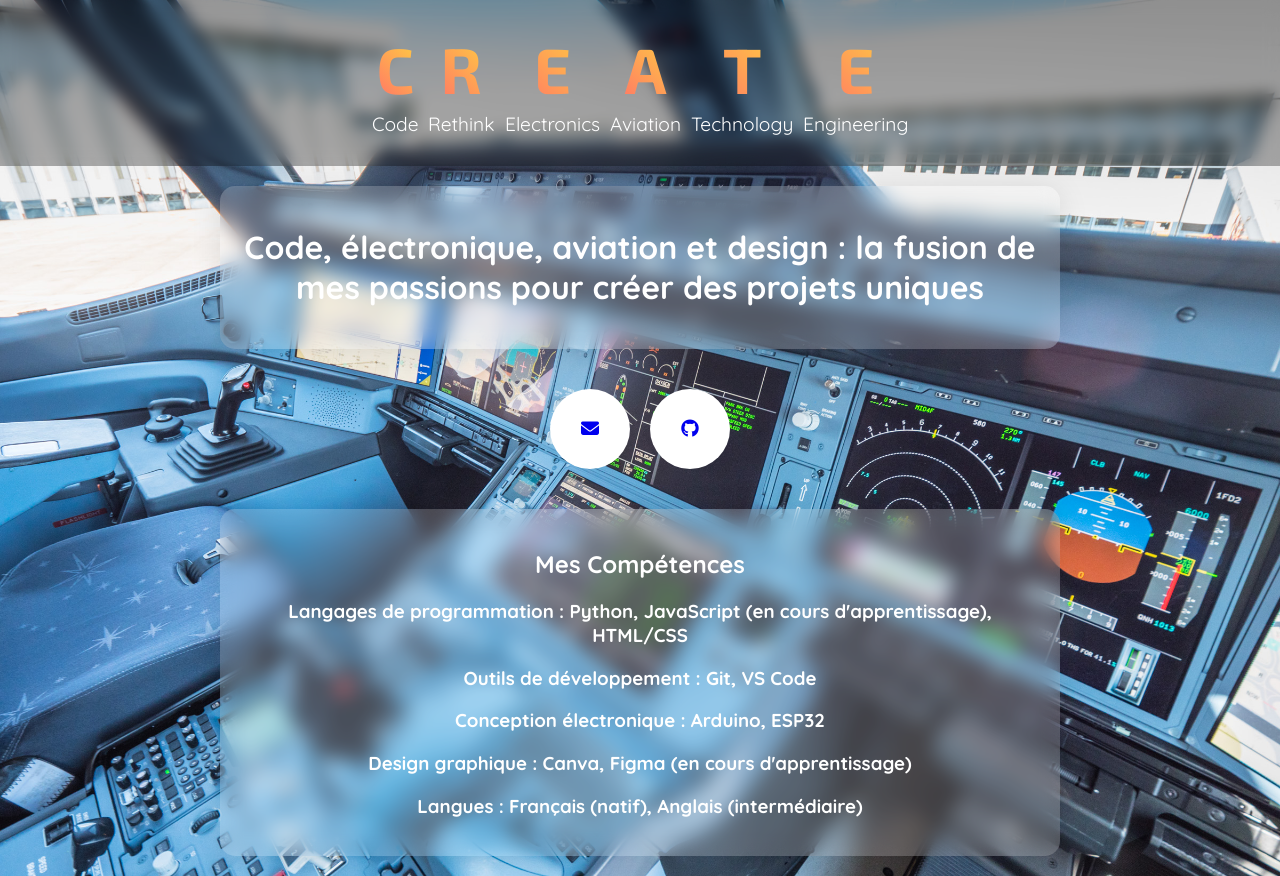
Repository: nlagardere/myportfolio
Page: index.html
These files come from the project's save history. The page is drawn as it stood at one moment and after a run of saves; the edit follows.
The browser window is 1280 px wide. The pictures show the whole page.

Above is the page before, as saved 2025-09-06 10:10:45.

### index.html
<!DOCTYPE html>
<html lang="fr">
<head>
  <meta charset="UTF-8">
  <meta name="viewport" content="width=device-width, initial-scale=1.0">
  <title>Portfolio</title>

  <!-- Google Fonts -->
  <link href="https://fonts.googleapis.com/css2?family=Exo+2:wght@400;700&family=Quicksand:wght@400;700&display=swap" rel="stylesheet">
  <!-- Font Awesome -->
  <link rel="stylesheet" href="https://cdnjs.cloudflare.com/ajax/libs/font-awesome/6.5.0/css/all.min.css">

  <style>
    /* ========== BODY & LAYOUT ========== */
    body {
      font-family: 'Quicksand', sans-serif;
      margin: 0;
      padding: 0;
      min-height: 100vh;
      display: flex;
      flex-direction: column;       /* empile header, contenu, footer verticalement */
      justify-content: space-between; /* espace entre header/contenu et footer */
      background: url('a350.jpg') no-repeat center center;
      background-size: cover;
      color: #333;
    }

    header {
      text-align: center;
      padding: 30px 20px;
      background: rgba(0,0,0,0.3);
      backdrop-filter: blur(8px);
      color: white;
    }

    .glasscard {
      background: rgba(255, 255, 255, 0.2);
      border-radius: 15px;
      padding: 20px;
      margin: 20px auto;
      max-width: 800px;
      backdrop-filter: blur(10px);
      box-shadow: 0 4px 30px rgba(0, 0, 0, 0.1);
      color: white;
      text-align: center;
      animation: zoomPop 1s ease forwards;
    }

    /* ========== ACRONYM ========== */
    .acronym-container {
      display: flex;
      justify-content: center;
      gap: 10px;
      flex-wrap: wrap;
      perspective: 1000px;
    }

    .letter-block {
      flex: none;
      text-align: center;
      opacity: 0;
      transform: scale(0.1) translateZ(-800px);
      animation: zoomPop 0.8s cubic-bezier(0.25, 1.5, 0.5, 1) forwards;
    }

    .letter-block:nth-child(1) { animation-delay: 0s; }
    .letter-block:nth-child(2) { animation-delay: 0.1s; }
    .letter-block:nth-child(3) { animation-delay: 0.2s; }
    .letter-block:nth-child(4) { animation-delay: 0.3s; }
    .letter-block:nth-child(5) { animation-delay: 0.4s; }
    .letter-block:nth-child(6) { animation-delay: 0.5s; }

    .letter-block .letter {
      font-size: 4em;
      font-weight: bold;
      font-family: 'Exo 2', sans-serif;
      background: linear-gradient(45deg, #FF6B6B, #FFD93D);
      -webkit-background-clip: text;
      -webkit-text-fill-color: transparent;
      transition: filter 0.2s;
    }

    .letter-block .letter:hover {
      filter: brightness(1.2);
    }

    .letter-block .desc {
      font-size: 1.2em;
      margin-top: 5px;
    }

    @keyframes zoomPop {
      0% { opacity: 0; transform: scale(0.1) translateZ(-800px); }
      60% { opacity: 1; transform: scale(1.2) translateZ(50px); }
      80% { transform: scale(0.95) translateZ(0); }
      100% { opacity: 1; transform: scale(1) translateZ(0); }
    }

    /* ========== SOCIAL ICONS ========== */
    .wrapper {
      display: inline-flex;
      justify-content: center;
      list-style: none;
      padding: 20px 0;
      margin: 0 auto;
    }

    .wrapper .icon {
      position: relative;
      background: #ffffff;
      border-radius: 50%;
      padding: 15px;
      margin: 0 10px;
      width: 50px;
      height: 50px;
      font-size: 18px;
      display: flex;
      justify-content: center;
      align-items: center;
      cursor: pointer;
      transition: all 0.2s cubic-bezier(0.68, -0.55, 0.265, 1.55);
    }

    /* Tooltip */
    .wrapper .tooltip {
      position: absolute;
      bottom: 100%;           /* au-dessus de l’icône */
      left: 50%;
      transform: translateX(-50%) translateY(-10px);
      font-size: 14px;
      background: #333;
      color: #fff;
      padding: 5px 8px;
      border-radius: 5px;
      box-shadow: 0 4px 10px rgba(0,0,0,0.2);
      opacity: 0;
      pointer-events: none;
      white-space: nowrap;
      transition: all 0.3s cubic-bezier(0.68, -0.55, 0.265, 1.55);
      z-index: 10;
    }

    .wrapper .tooltip::before {
      content: "";
      position: absolute;
      top: 100%;              /* triangle sous le tooltip */
      left: 50%;
      transform: translateX(-50%) rotate(45deg);
      width: 8px;
      height: 8px;
      background: #333;
    }

    .wrapper .icon:hover .tooltip {
      opacity: 1;
      pointer-events: auto;
      transform: translateX(-50%) translateY(-15px);
    }

    /* Hover colors */
    .wrapper .mail:hover,
    .wrapper .mail:hover .tooltip,
    .wrapper .mail:hover .tooltip::before {
      background: #00CED1;
      color: #ffffff;
    }

    .wrapper .github:hover,
    .wrapper .github:hover .tooltip,
    .wrapper .github:hover .tooltip::before {
      background: #333333;
      color: #ffffff;
    }

    .compétences{
      text-align: center;
      background: rgba(255, 255, 255, 0.2);
      border-radius: 15px;
      padding: 20px;
      margin: 20px auto;
      max-width: 800px;
      backdrop-filter: blur(10px);
      box-shadow: 0 4px 30px rgba(0, 0, 0, 0.1);
      color: white;
      text-align: center;
      animation: zoomPop 1s ease forwards;
    }

    .

    /* Responsive letters */
    @media (max-width: 600px) {
      .letter-block .letter {
        font-size: 2.5em;
      }
    }
  </style>
</head>

<body>
  <header>
    <div class="acronym-container">
      <div class="letter-block">
        <div class="letter">C</div>
        <div class="desc">Code</div>
      </div>
      <div class="letter-block">
        <div class="letter">R</div>
        <div class="desc">Rethink</div>
      </div>
      <div class="letter-block">
        <div class="letter">E</div>
        <div class="desc">Electronics</div>
      </div>
      <div class="letter-block">
        <div class="letter">A</div>
        <div class="desc">Aviation</div>
      </div>
      <div class="letter-block">
        <div class="letter">T</div>
        <div class="desc">Technology</div>
      </div>
      <div class="letter-block">
        <div class="letter">E</div>
        <div class="desc">Engineering</div>
      </div>
    </div>
  </header>

  <div class="glasscard">
    <h1>Code, électronique, aviation et design : la fusion de mes passions pour créer des projets uniques</h1>
  </div>

  <ul class="wrapper">
    <li class="icon mail">
      <a href="mailto:nathan.lagardere@gmail.com" target="_blank">
        <span class="tooltip">Mail</span>
        <i class="fas fa-envelope"></i>
      </a>
    </li>

    <li class="icon github">
      <a href="https://github.com/nlagardere" target="_blank">
        <span class="tooltip">Github</span>
        <i class="fab fa-github"></i>
      </a>
    </li>
  </ul>

  <div class="compétences">
    <h2>Mes Compétences</h2>

      <h3><span class="highlight">Langages de programmation :</span> Python, JavaScript (en cours d'apprentissage), HTML/CSS</h3>
      <h3>Outils de développement : Git, VS Code</h3>
      <h3>Conception électronique : Arduino, ESP32</h3>
      <h3>Design graphique : Canva, Figma (en cours d'apprentissage)</h3>
      <h3>Langues : Français (natif), Anglais (intermédiaire)</h3>

  </div>

</body>
</html>

After the next 2 saves:
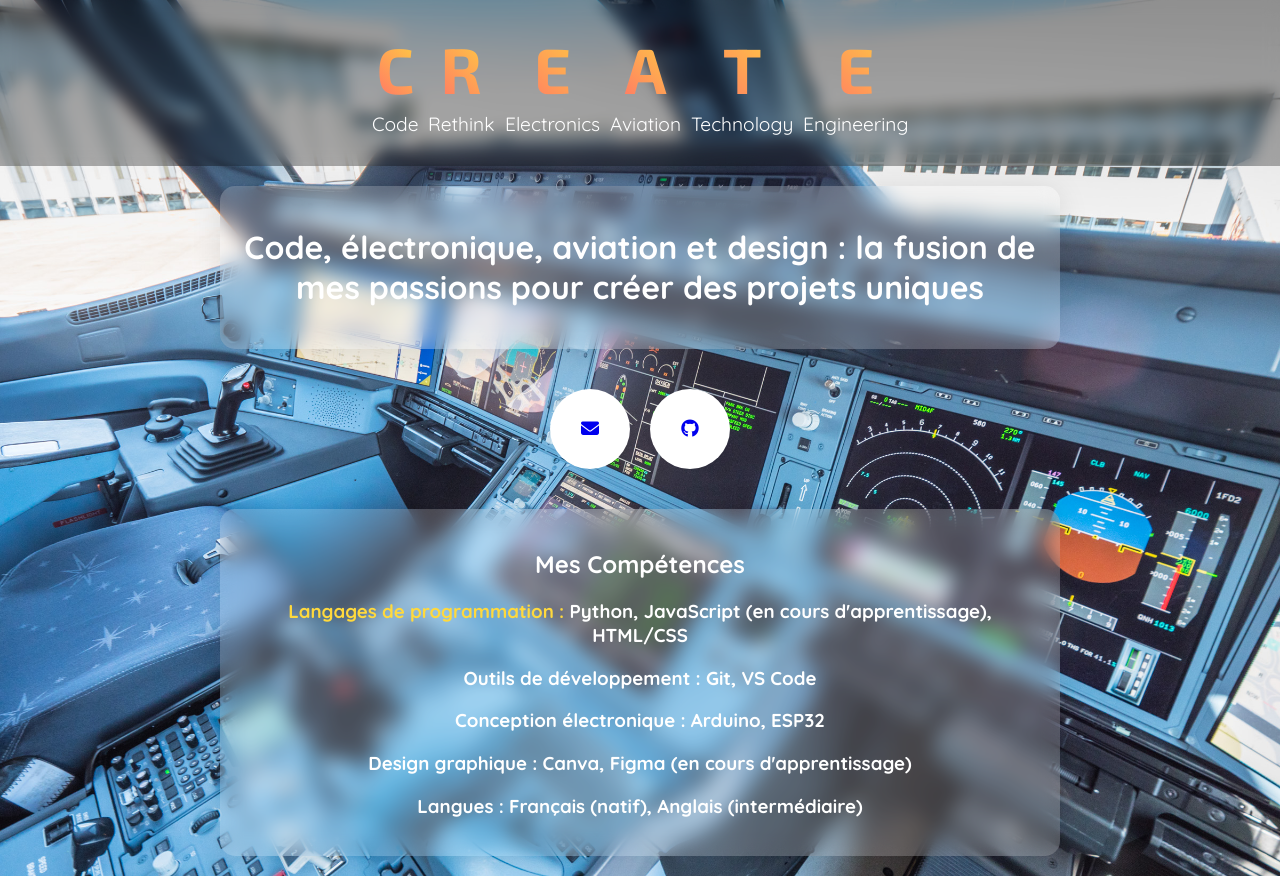
The 2 saves are shown as one change because they came seconds apart.
The last was saved 6 s later.
--- a/index.html
+++ b/index.html
@@ -186,7 +186,10 @@
       animation: zoomPop 1s ease forwards;
     }
 
-    .
+    .highlight {
+      color: #FFD93D;
+      font-weight: bold;
+    }
 
     /* Responsive letters */
     @media (max-width: 600px) {
